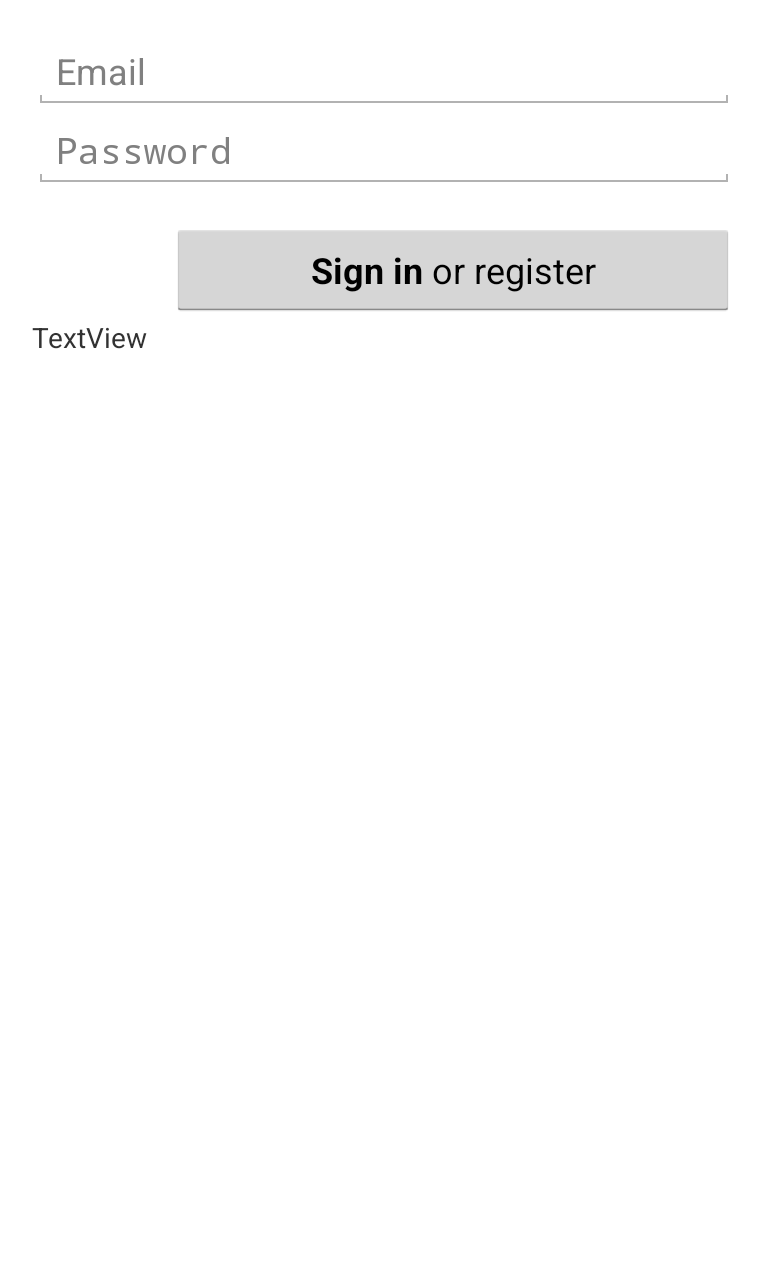
Repository: uscacm/Team12_FallHackSC
Layout: workspaceAndroidHack/AndroidApp/res/layout/activity_login.xml
An editor plug-in stored every save of this project. The layout is shown before and after the next save, followed by the edit.
It is drawn on a 768 x 1280 px phone screen (xhdpi) without system bars, with theme AppTheme; the app's code is not run.

Above is the layout before, as saved 2013-10-13 01:33:02.

After the next save:
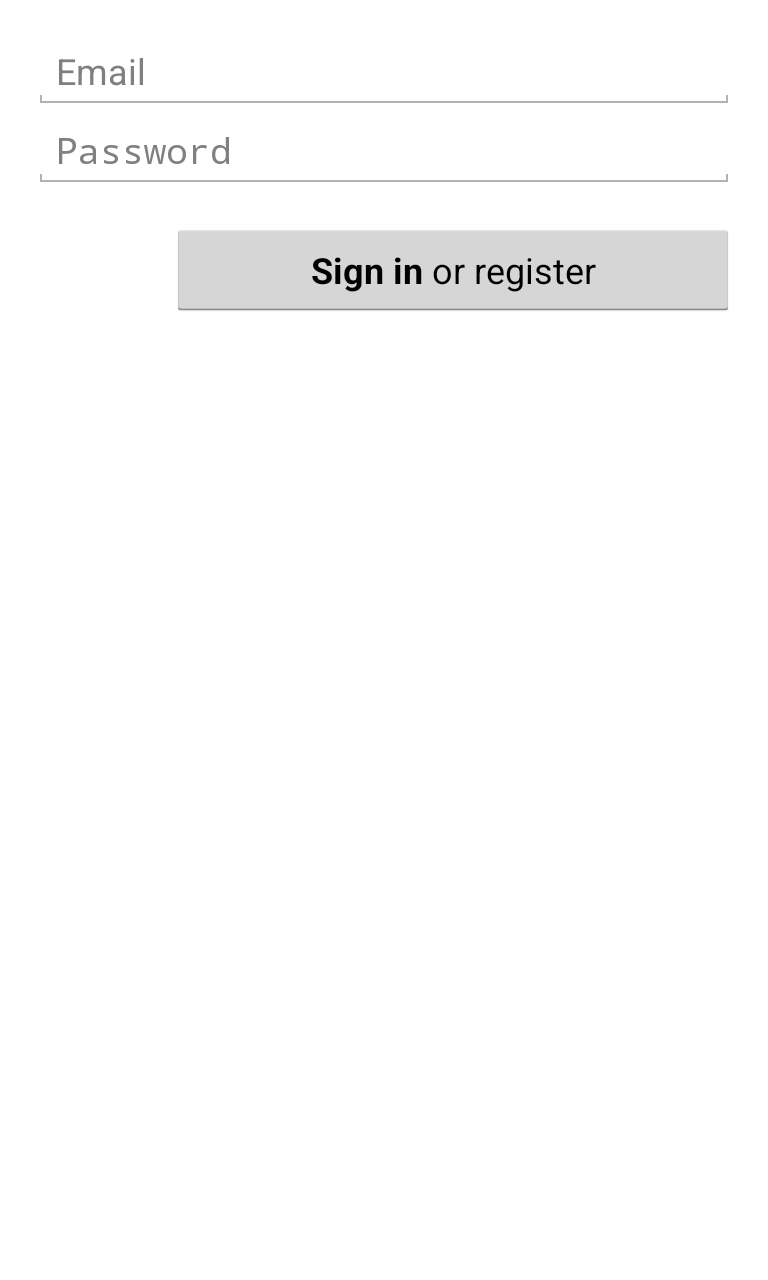
Saved 30 s later.
--- a/workspaceAndroidHack/AndroidApp/res/layout/activity_login.xml
+++ b/workspaceAndroidHack/AndroidApp/res/layout/activity_login.xml
@@ -75,8 +75,7 @@
                 android:id="@+id/textView1"
                 android:layout_width="284dp"
                 android:layout_height="wrap_content"
-                android:layout_weight="0.63"
-                android:text="TextView" />
+                android:layout_weight="0.63" />
 
         </LinearLayout>
 
